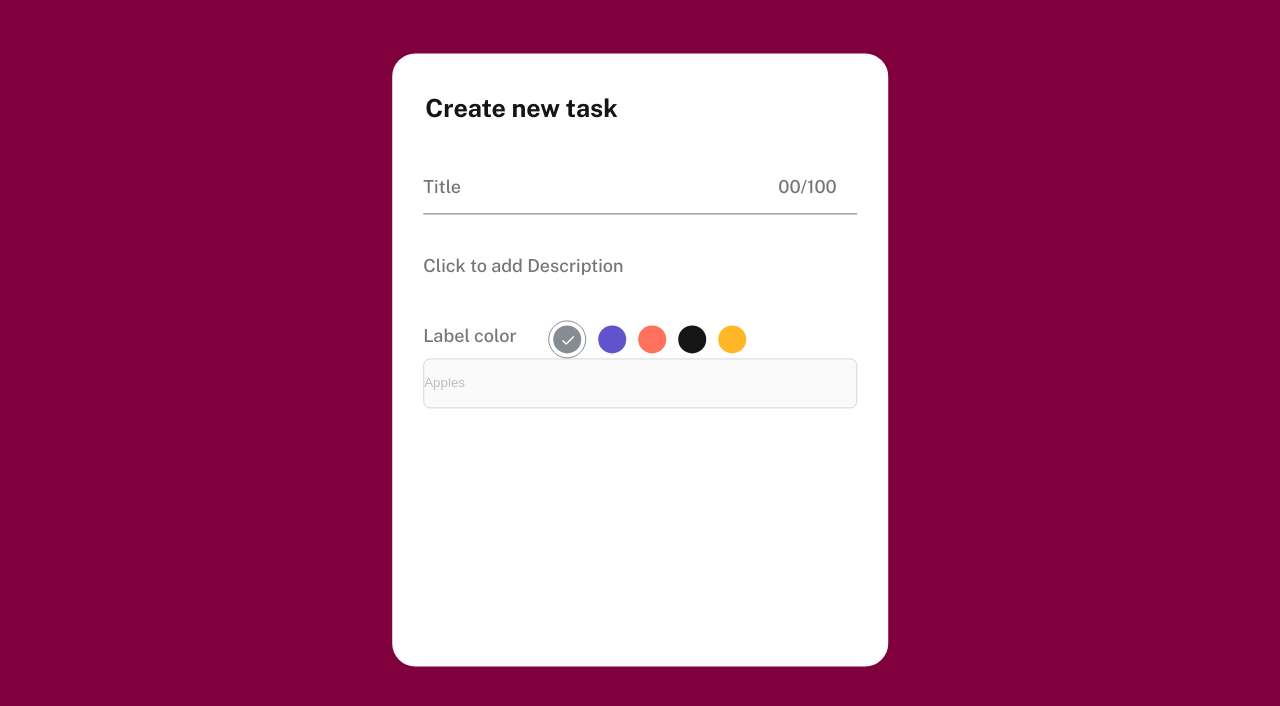
Repository: MorgunovaAlexandra/verstka-form
Page: index.html
These files come from the project's save history. The page is drawn as it stood at one moment and after a run of saves; the edit follows.
The browser window is 1280 px wide. The pictures show the whole page.
The style sheet was rebuilt from its Sass, Less or Tailwind sources for each picture, by a compiler version that may differ from the author's.

Above is the page before, as saved 2022-06-24 13:47:40.

### index.html
<!DOCTYPE html>
<html lang="ru">
<head>
    <meta charset="UTF-8">
    <meta http-equiv="X-UA-Compatible" content="IE=edge">
    <meta name="viewport" content="width=device-width, initial-scale=1.0">
    <link rel="stylesheet" href="./css/style.css">
    <title>Document</title>
</head>
<body>
    <div class="wrapper">
       <form class="form">

           <div class="fieldset">
            <legend><b>Create new task</b></legend>
            <div class="form__container __container">
            <div class="text-field">
                <input class="text-field__input" type="text" name="firstname" id="firstname"
                >
                <label class="text-field__label" for="username">Title</label>
                <label class="text-field__label2" for="username">00/100</label>
              </div>
              <div class="form-field__text">Click to add Description</div>
              <div class="form-fied__color field-color">
                  <div class="field-color__text">Label color</div>
                  <div class="field-color__color circle">
                      <div class="circle__border">
                          <div class="circle__color grey">
                              <img class="circle__img" src="./img/done.svg">
                          </div>
                      </div>
                      <div class="circle__color purple"></div>
                      <div class="circle__color red"></div>
                      <div class="circle__color black"></div>
                      <div class="circle__color yellow"></div>
                  </div>
              </div>
              <div class="form-field__select">
                  <select name="select-category" id="" class="select">
                    <option value="1">Apples</option>
                    <option value="2">Bananas</option>
                    <option value="3">Grapes</option>
                  </select>
              </div>
              </div>
           </div>
        </form>
    </div>
</body>
</html>

### scss/style.scss
@import "variables";
@import "mixins";
@import url('https://fonts.googleapis.com/css2?family=Public+Sans:wght@500;700&display=swap');
body {
   @include vov(rgb(128, 0, 62));
   font-family:$fontFamily ;
   font-weight: $fontWaight;
   line-height: $lineHeight;
   font-size: $fontSize;
   color:$ColorGrey;
}
.__container{
    padding-left: 31px;
    padding-right: 31px;
}
.form{
    width: 495.55px;
    height: 613.21px;
    background-color: white;
    border-radius: 23px;
     box-sizing: border-box;
    position: fixed; top: 50%; left: 50%;
    -webkit-transform: translate(-50%, -50%);
    -ms-transform: translate(-50%, -50%);
    transform: translate(-50%, -50%);
}
legend{
    margin-top: 40px;
    margin-left: 31px;
    font-weight: 700;
    font-size: 25px;
    color:$ColorBlack;
}
.text-field{
    position: relative;
    display: flex;
    justify-content: center;
    margin-top: 46px;
    margin-bottom: 36px;

}
.text-field__input{
    width: 100%;
    height: 40px;
    border: none;
    border-bottom: 1px solid $ColorGrey ;

    }
.text-field__label{
   position: absolute;
   left: 0px;

}
.text-field__label2{
    position: absolute;
    right: 20px;
}
.form-field__text{
    margin-bottom: 38px;
}
.form-fied__color{
    display: flex;
    justify-content: flex-start;
}
.field-color__text{
margin-right: 32px;
}
.field-color__color{
    display: flex;
   align-items: center;
}

.circle__border{
    position: relative;
    width: 36px;
    height: 36px;
    border-radius: 50%;
    border: 1px solid #878C93;
}
.grey{
    position: absolute;
    width: 28px;
    height: 28px;
    top:4px;
    left: 4px;
    border-color: #878C93;
    border-radius: 50%;
    z-index: 30;

    background-color:
    #878C93;
}
.circle__img{
    position: absolute;
    top:10px;
    left: 8px;
}
.circle__color{
    width: 28px;
    height: 28px;
    border-radius: 50%;
    margin-right:12px ;
}
.purple{
    background-color: #6153CC;
    margin-left: 12px;
}
.red{
    background-color:#FF715B;
}
.black{
    background-color:$ColorBlack;
}
.yellow{
    background-color:#FFB627;
    margin-right:0px ;
}
.select{
    appearance: none;
    border: 1px solid #566789;
    opacity: 26%;
    width: 100%;
    height: 50px;
    border-radius: 7px;
    cursor: pointer;
}

### scss/variables.scss
$bgColor: green;
$fontFamily:'Public Sans', sans-serif;
$fontWaight:500;
$fontSize:18px;
$lineHeight:31.86px;
$ColorBlack:#151515;
$ColorGrey:#757575;

### scss/mixins.scss
@mixin vov($color) {
    font-size: 30px;
    background-color:$color ;
}

After the next 3 saves:
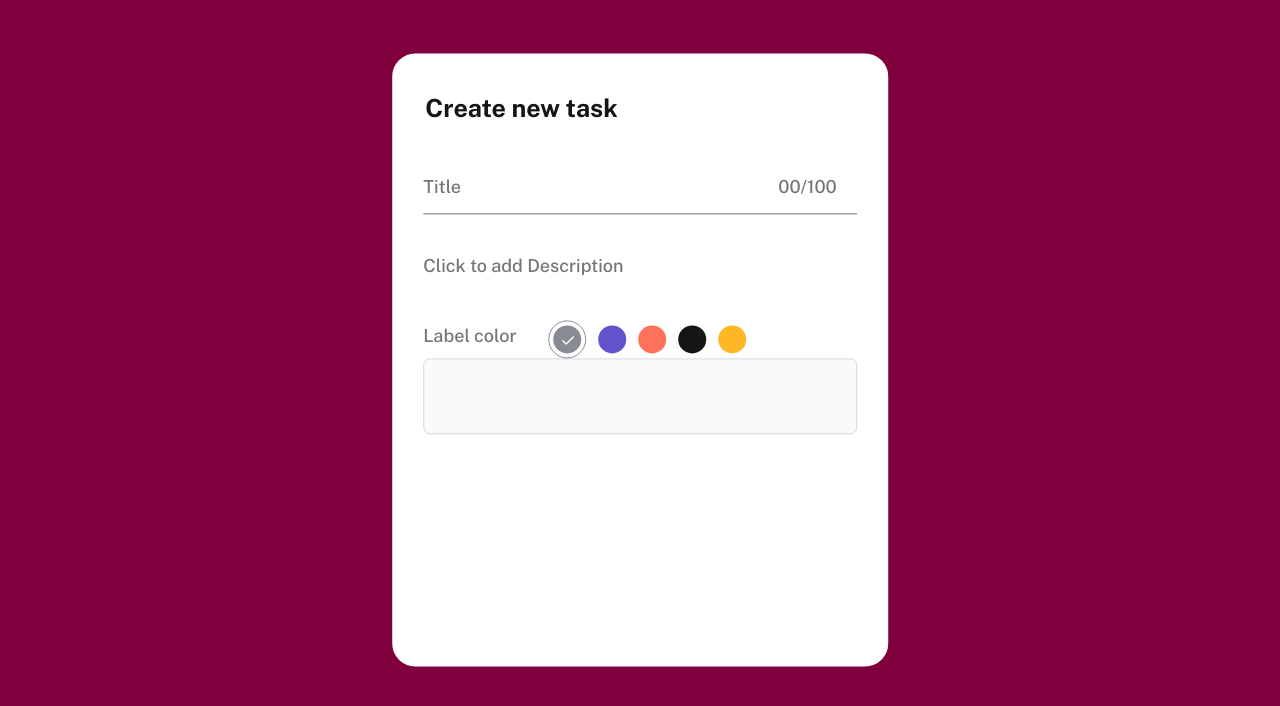
The 3 saves are shown as one change because they came seconds apart.
The last was saved 2 min 17 s later.
--- a/scss/style.scss
+++ b/scss/style.scss
@@ -123,4 +123,5 @@
     height: 50px;
     border-radius: 7px;
     cursor: pointer;
+    padding: 37px;
 }

After the 2 saves that followed:
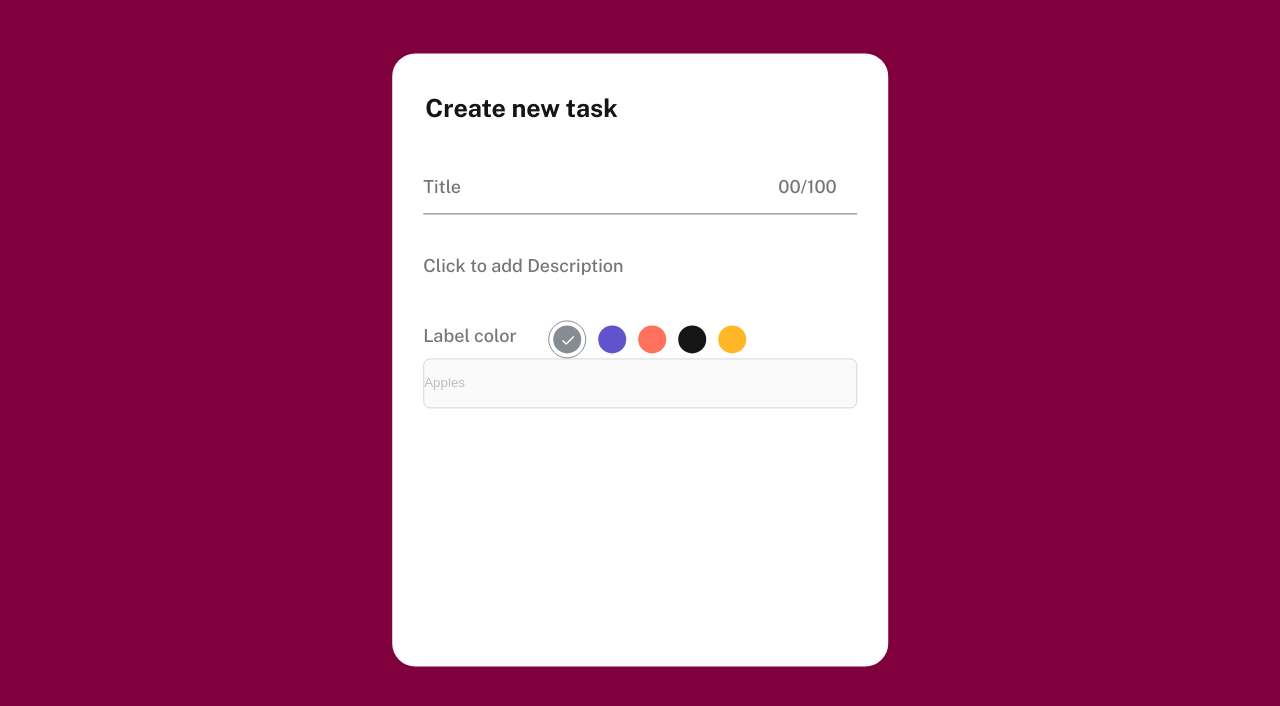
The 2 saves are shown as one change because 1 left the picture as it was.
The last was saved 49 s later.
--- a/scss/style.scss
+++ b/scss/style.scss
@@ -123,5 +123,5 @@
     height: 50px;
     border-radius: 7px;
     cursor: pointer;
-    padding: 37px;
+    padding-: 37px 20px;
 }
